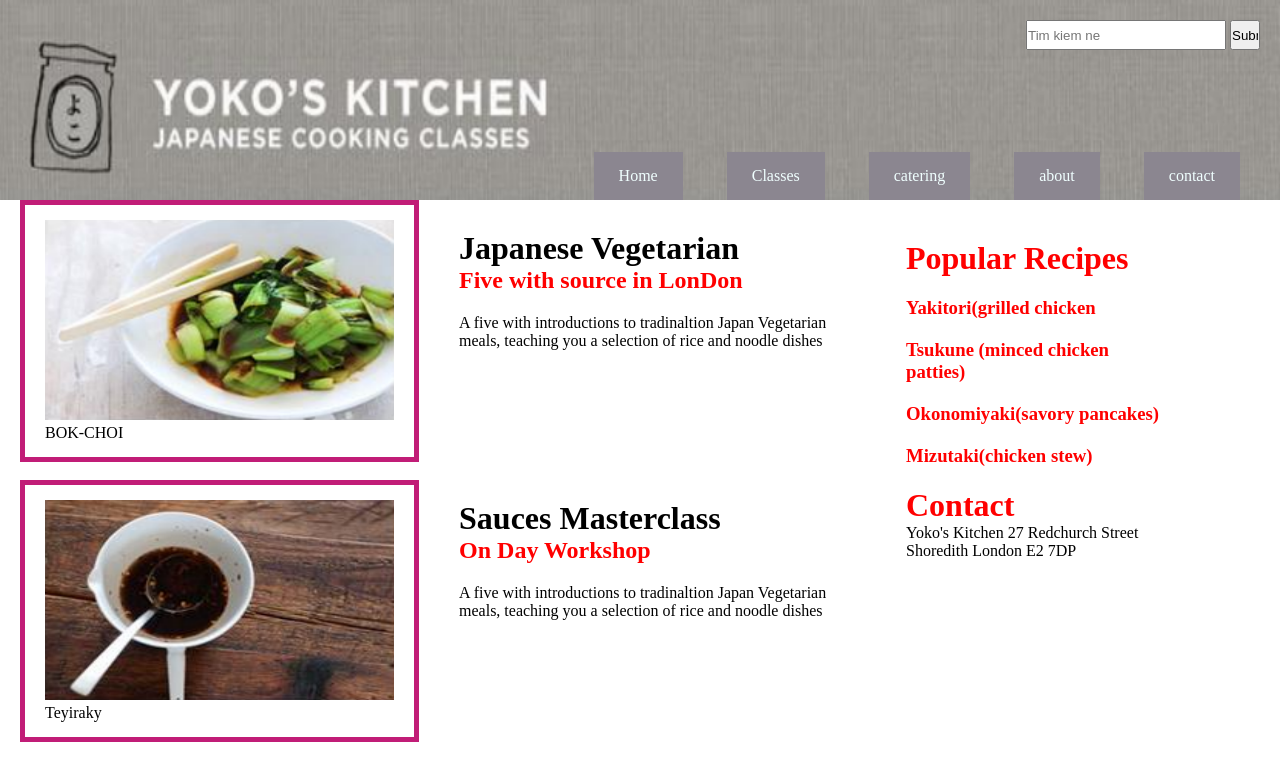
Repository: huy352002/20012931-Tr-n-Quang-Huy
Page: bt2.html
These files come from the project's save history. The page is drawn as it stood at one moment and after the next save; the edit follows.
The browser window is 1280 px wide. The pictures show the whole page.

Above is the page before, as saved 2022-09-30 10:48:25.

After the next save:
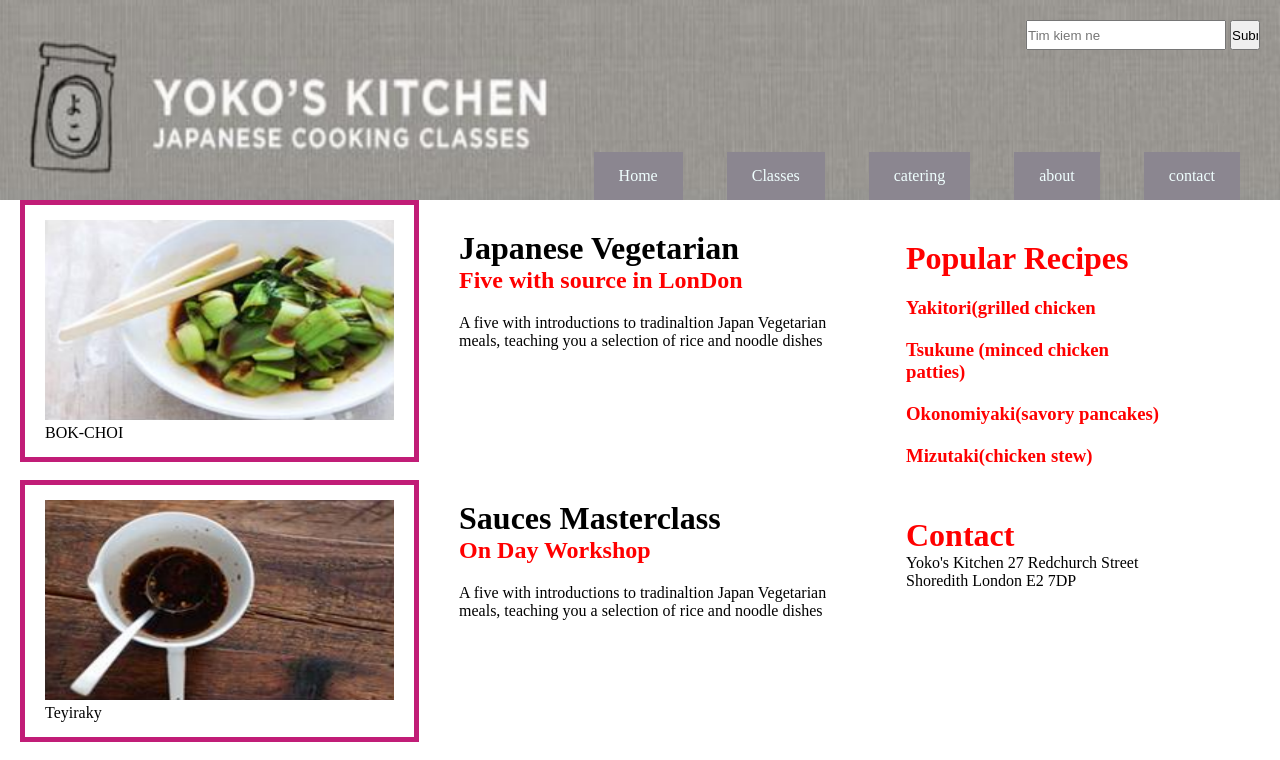
Saved 5 s later.
--- a/bt2.css
+++ b/bt2.css
@@ -130,5 +130,5 @@
 }
 
 .body2_p2 {
-    margin: 20px 0;
+    margin: 50px 0;
 }
